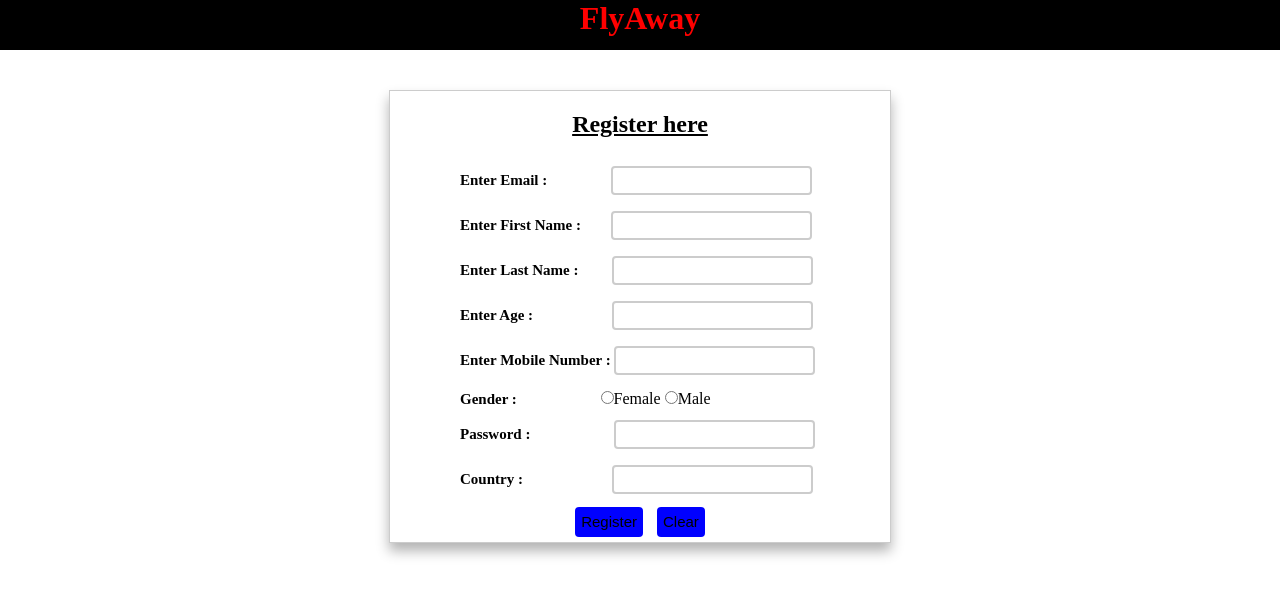
Repository: KartikMuchakandimath/Flyaway
Page: http://localhost/FlayAway/
An editor plug-in stored every save of this project. The page is shown before and after the next save, followed by the edit.
The browser window is 1280 px wide. The pictures show the whole page.
The page is served by Tomcat 9.

Above is the page before, as saved 2022-04-22 19:43:01.

After the next save:
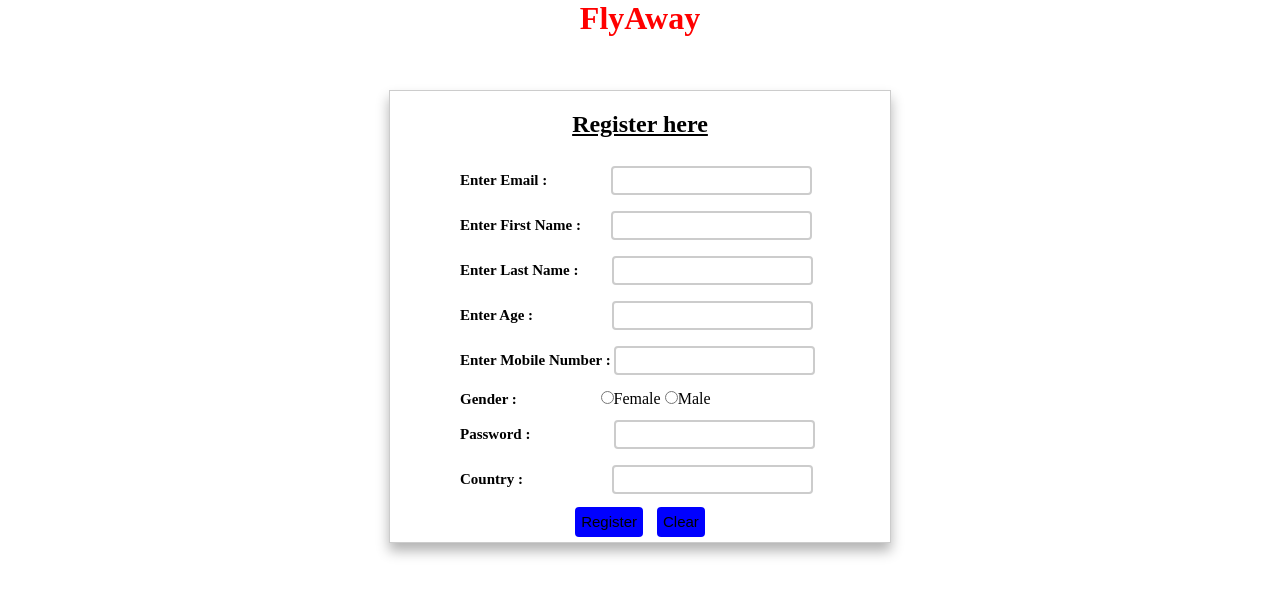
Saved 30 s later.
--- a/FlayAway/src/main/webapp/Registration.jsp
+++ b/FlayAway/src/main/webapp/Registration.jsp
@@ -12,7 +12,7 @@ margin : 0;
 padding : 0;
 }
 .head{
-background-color : #000;
+background-color : #000FF;
 color : #FF0000;
 height : 50px;
 }
